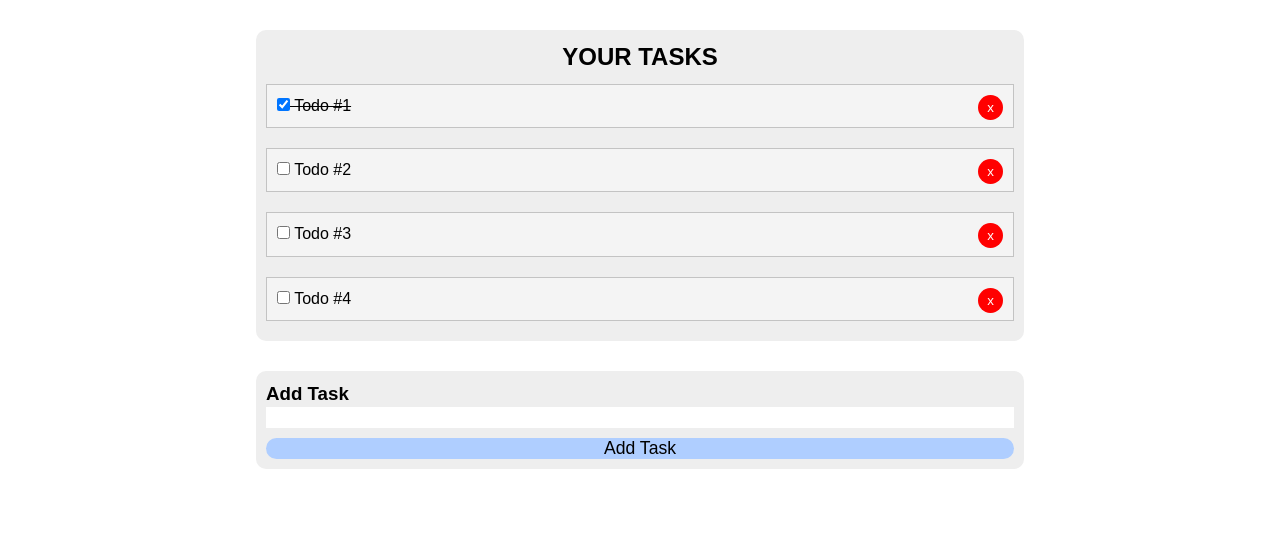
Repository: n0rthern-light/vuejs-taskmanager
Page: /
These files come from the project's save history. The page is drawn as it stood at one moment and after the next save; the edit follows.
The browser window is 1280 px wide. The pictures show the whole page.
The project was rebuilt for these pictures with package versions that can differ from the ones it lists, and the page was loaded fresh each time.

Above is the page before, as saved 2019-02-18 16:49:13.

After the next save:
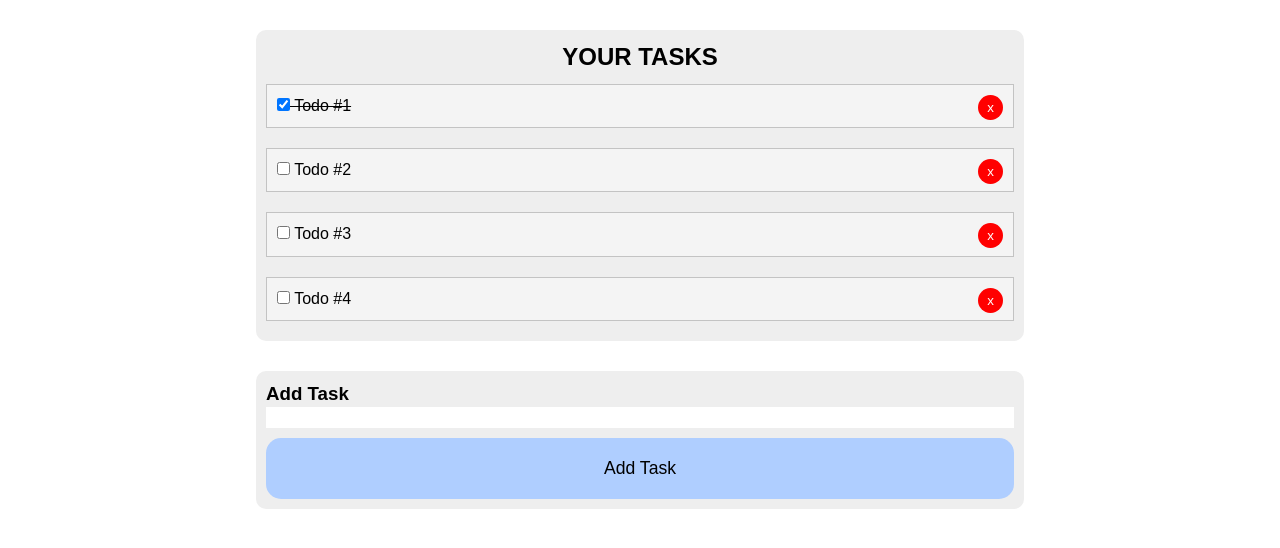
Saved 19 s later.
--- a/src/components/TodoAdd.vue
+++ b/src/components/TodoAdd.vue
@@ -41,6 +41,7 @@ export default {
   background-color: #afceff;
   border: none;
   border-radius: 15px;
+  padding: 20px 0;
 }
 
 </style>
